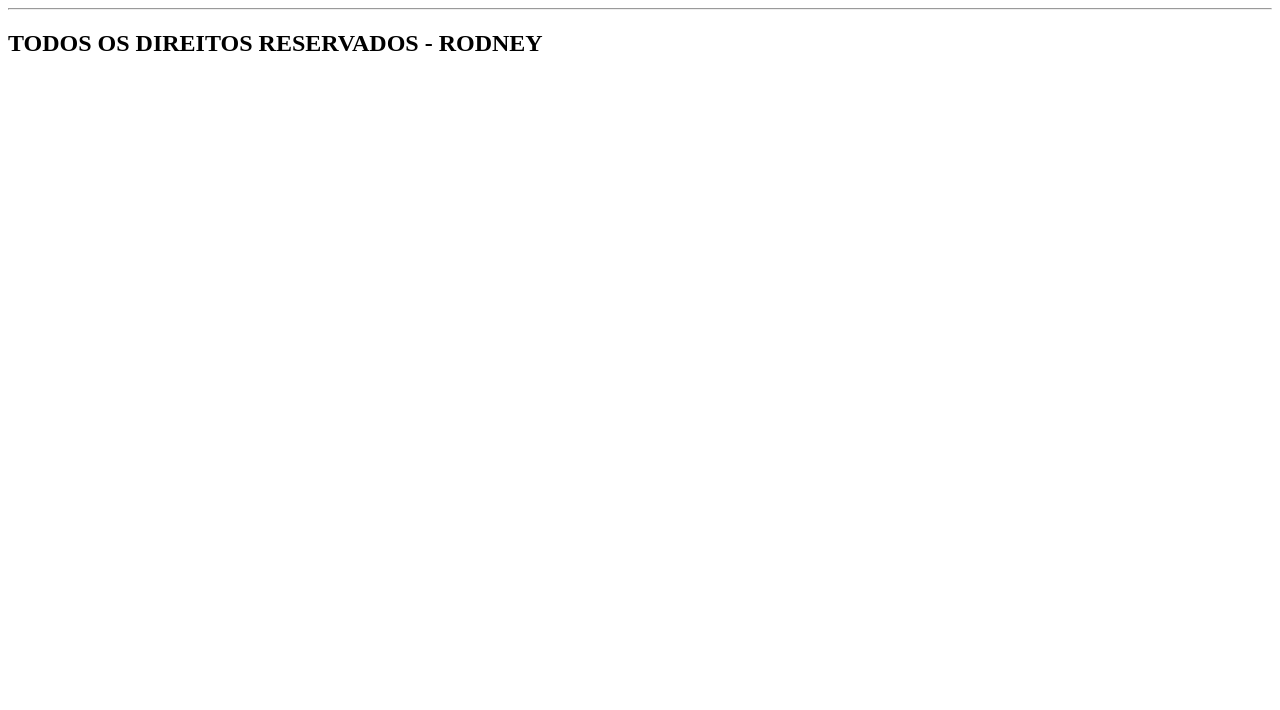
Repository: rodneyems/java-web-fj21
Page: http://localhost/fj21-agenda/rodape.jsp
An editor plug-in stored every save of this project. The page is shown before and after the next save, followed by the edit.
The browser window is 1280 px wide. The pictures show the whole page.
The page is served by Tomcat 9. Other server files are loaded and not shown.

Above is the page before, as saved 2021-07-02 00:51:55.

### fj21-agenda/WebContent/rodape.jsp
<%@ page language="java" contentType="text/html; charset=ISO-8859-1"
    pageEncoding="ISO-8859-1"%>
<!DOCTYPE html>
<html>
<head>
<meta charset="UTF-8">
<title>Insert title here</title>
</head>
<body>
	<hr>
	<h2>TODOS OS DIREITOS RESERVADOS - RODNEY</h2>
</body>

After the next save:
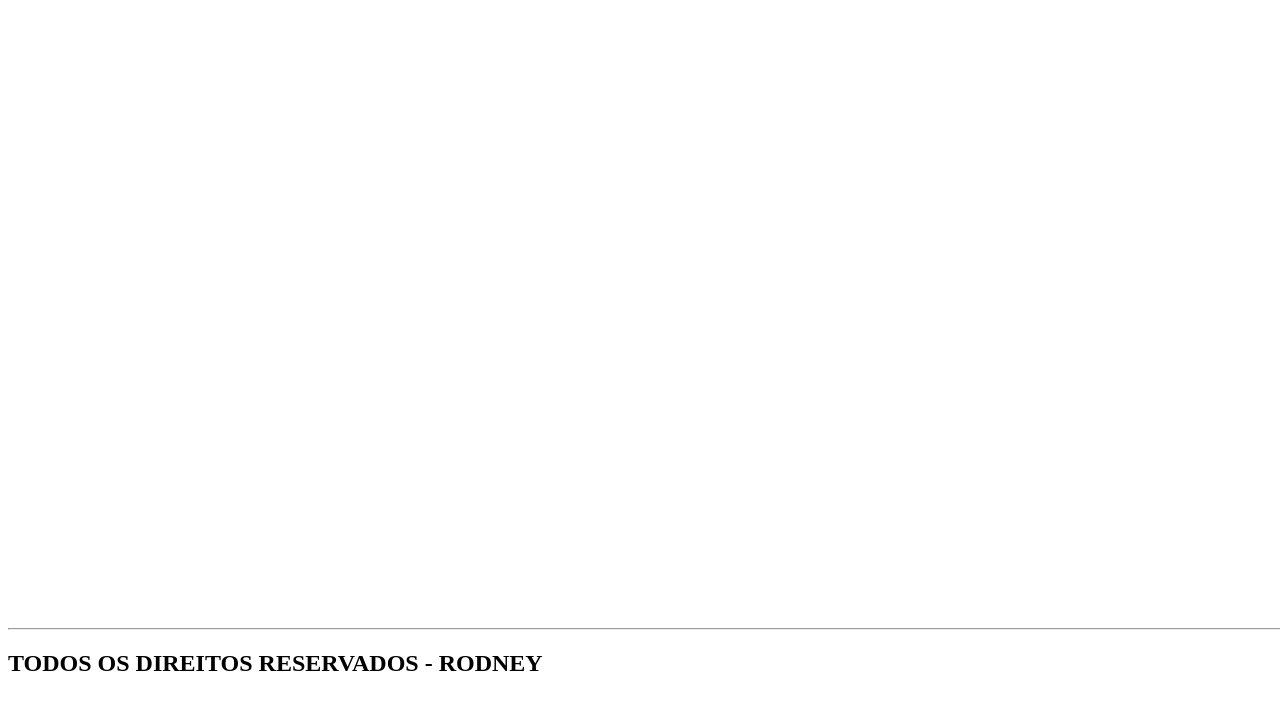
Saved 3 min 29 s later.
--- a/fj21-agenda/WebContent/rodape.jsp
+++ b/fj21-agenda/WebContent/rodape.jsp
@@ -7,6 +7,9 @@
 <title>Insert title here</title>
 </head>
 <body>
-	<hr>
-	<h2>TODOS OS DIREITOS RESERVADOS - RODNEY</h2>
+	<div style="position: fixed; bottom: 0px; height: 100px; width: 100%" >
+		<hr>
+		<h2>TODOS OS DIREITOS RESERVADOS - RODNEY</h2>
+	</div>
+
 </body>
